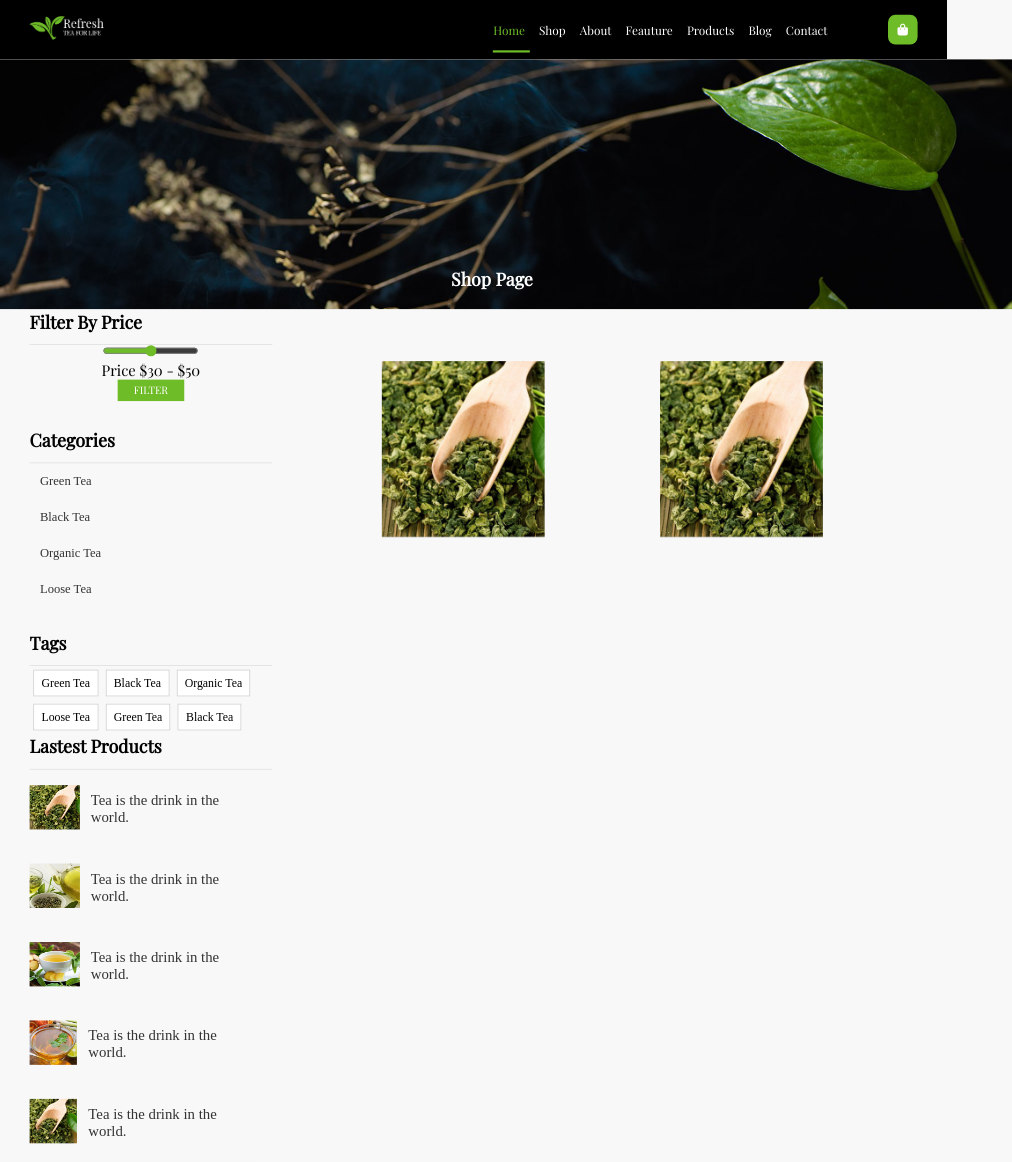
Repository: 52hzwhaleblue/school_teashop
Page: shop.html
An editor plug-in stored every save of this project. The page is shown before and after the next save, followed by the edit.
The browser window is 1280 px wide. The page is 1368 px wide, so the pictures cover 1368 px, including what lies to the right of the window. The pictures show the whole page, at 74% of full size.
Some web libraries are served in a nearby version.

Above is the page before, as saved 2022-05-04 22:51:21.

After the next save:
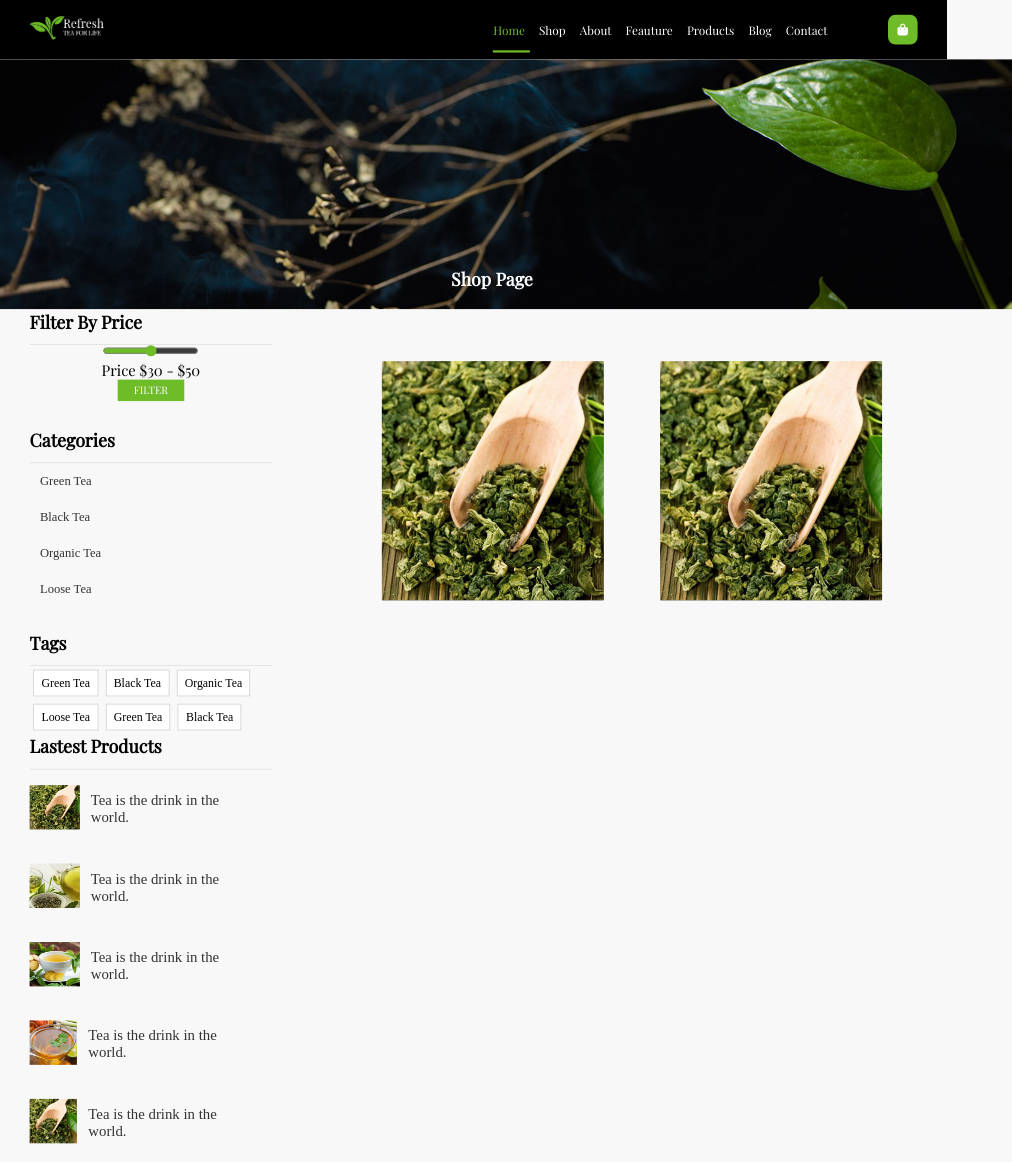
Saved 5 s later.
--- a/style.css
+++ b/style.css
@@ -738,6 +738,6 @@ ul{
     margin-bottom: 50px;
 }
 .shop img{
-    width: 110%;
+    width: 150%;
 }
 /* ----Product---- */
